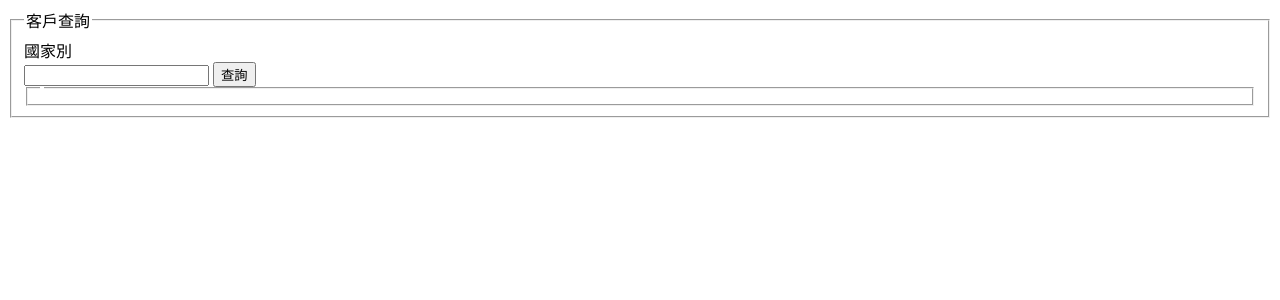
Repository: JunTingLin/web0620
Page: http://localhost/myWeb/customersqrycountry.jsp
The author's editor kept a copy of each file at every save. The page is drawn from the files as they stood at one save, then again after the next save.
The browser window is 1280 px wide. The pictures show the whole page.
The page is served by Tomcat 9. Other server files are loaded and not shown.

Above is the page before, as saved 2022-06-26 16:50:05.

### myWeb/src/main/webapp/customersqrycountry.jsp
<%@ page language="java" contentType="text/html; charset=UTF-8"
	pageEncoding="UTF-8"%>
<!DOCTYPE html>
<html>
<head>
<meta charset="UTF-8">
<title>客戶資料查詢</title>
<script src="https://cdn.jsdelivr.net/npm/vue@2.6.14/dist/vue.js"></script>
<script type="text/javascript">
	//網頁下載時進行初始化
	function init(){
		//參考出標籤物件 設定為區域變數
		let btnGo=document.getElementById('btnGo');
		//alert(btnGo);
		btnGo.addEventListener('click',
				()=>{
					//alert("我是按鈕")
					let txtKey=document.getElementById('country').value;
					console.log(txtKey);
					let urlString="http://127.0.0.1:8080/myWeb/api/Customers/custqry/rawdata?country="+txtKey;
					let xhr = new XMLHttpRequest();
					xhr.onreadystatechange=function(){
						console.log('非同步處理過程:'+xhr.readyState);
						console.log('Http處理狀態碼:'+xhr.status);
						if(xhr.readyState==4 && xhr.status==200){
							//查詢完成有資料
							let result=xhr.responseText;
							console.log(typeof(result));
							//回應是一個字串 轉換成可以操作的Json物件(array or Object)
							//使用現成JSON class
							let jsonObject=JSON.parse(result);
							console.log(jsonObject);
						}else if(xhr.readyState==4 && xhr.status==400){
							console.log(xhr.responseText);
						}
					}
					console.log(xhr);
					xhr.open('GET',urlString,true);
					xhr.send();
				}
		)
	}
</script>
</head>
<body onload="init()">
	<fieldset>
		<legend>客戶查詢</legend>
		<div>國家別</div>
		<input type="text" id="country" />
		<button id="btnGo">查詢</button>
		<br>
		<fieldset>
			<legend></legend>
		</fieldset>
	</fieldset>
</body>
</html>

After the next save:
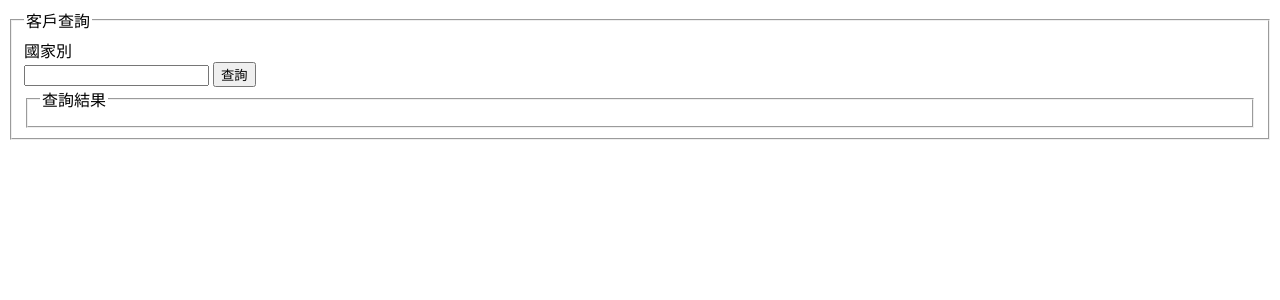
Saved 7 s later.
--- a/myWeb/src/main/webapp/customersqrycountry.jsp
+++ b/myWeb/src/main/webapp/customersqrycountry.jsp
@@ -50,7 +50,7 @@
 		<button id="btnGo">查詢</button>
 		<br>
 		<fieldset>
-			<legend></legend>
+			<legend>查詢結果</legend>
 		</fieldset>
 	</fieldset>
 </body>
